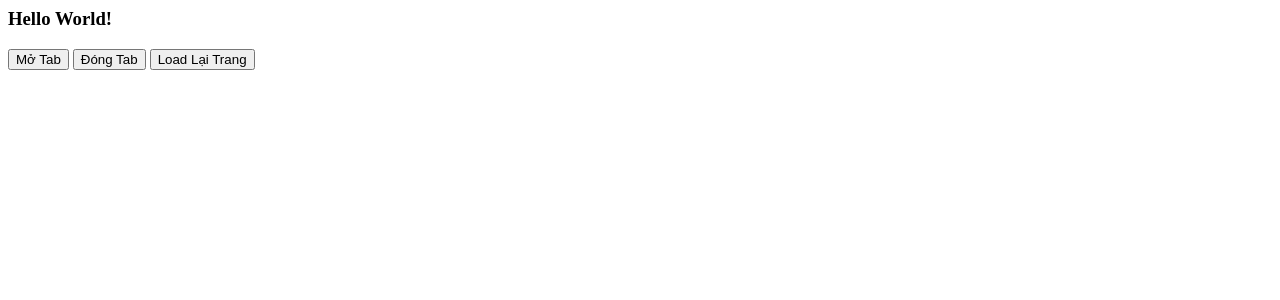
Repository: HuynhDuc23/learn__javascript__basic
Page: lab18/bom.html
These files come from the project's save history. The page is drawn as it stood at one moment and after the next save; the edit follows.
The browser window is 1280 px wide. The pictures show the whole page.

Above is the page before, as saved 2024-01-08 22:31:26.

After the next save:
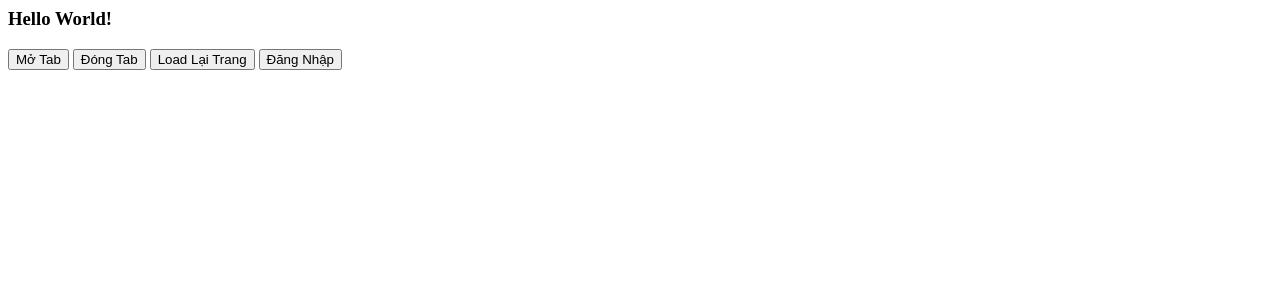
Saved 27 s later.
--- a/lab18/bom.html
+++ b/lab18/bom.html
@@ -9,6 +9,7 @@
     <button onclick="openTab()"> Mở Tab</button>
     <button onclick="closeTab()">Đóng Tab</button>
     <button onclick="loadTab()">Load Lại Trang</button>
+    <button onclick="login()">Đăng Nhập</button>
     <script>
       console.log(window.innerHeight);
       console.log(window.innerWidth);
